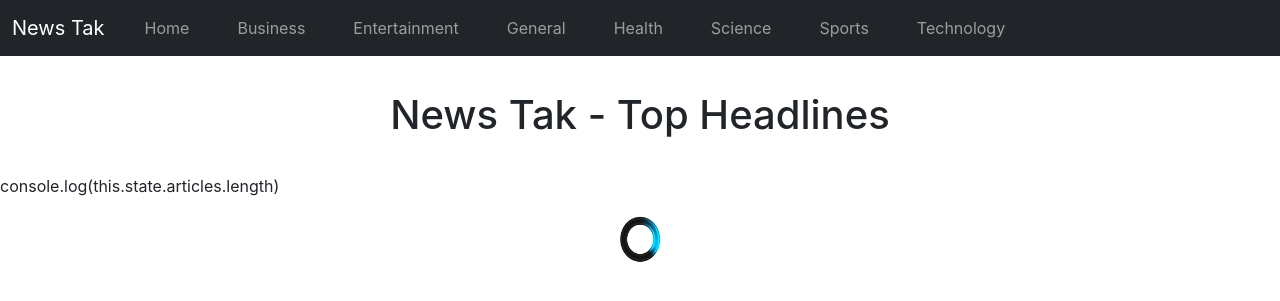
Repository: Rohit-foryou/News-website
Page: /business
An editor plug-in stored every save of this project. The page is shown before and after the next save, followed by the edit.
The browser window is 1280 px wide. The pictures show the whole page.
The page's requests for data from a server got no answer. The project was rebuilt for these pictures with package versions that can differ from the ones it lists, and the page was loaded fresh each time. No one was signed in, and anything a server would have sent is missing. Also part of the build but not shown: src/Components/NewsItem.js.

Above is the page before, as saved 2024-01-12 00:03:48.

After the next save:
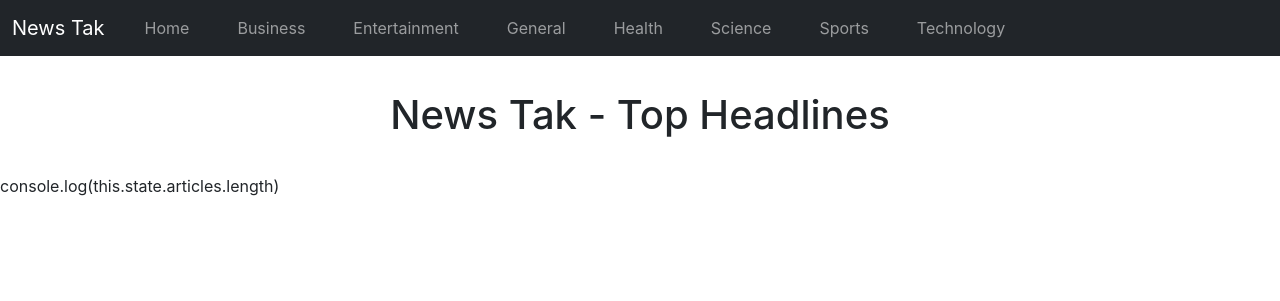
Saved 31 s later.
--- a/src/Components/News.js
+++ b/src/Components/News.js
@@ -95,11 +95,11 @@ export class News extends Component {
         {/* {this.state.loading && <Spinner/>} */}
 
         console.log(this.state.articles.length)
-        <InfiniteScroll
+        {/* <InfiniteScroll
           dataLength={this.state.articles.length}
           next={this.fetchMoreData}
           hasMore={this.state.articles.length !== this.state.totalResults}
-          loader={<Spinner />}>
+          loader={<Spinner />}> */}
 
 
           <div className="container">
@@ -123,7 +123,7 @@ export class News extends Component {
               })}
             </div>
           </div>
-        </InfiniteScroll>
+        {/* </InfiniteScroll> */}
 
       </>
     );
